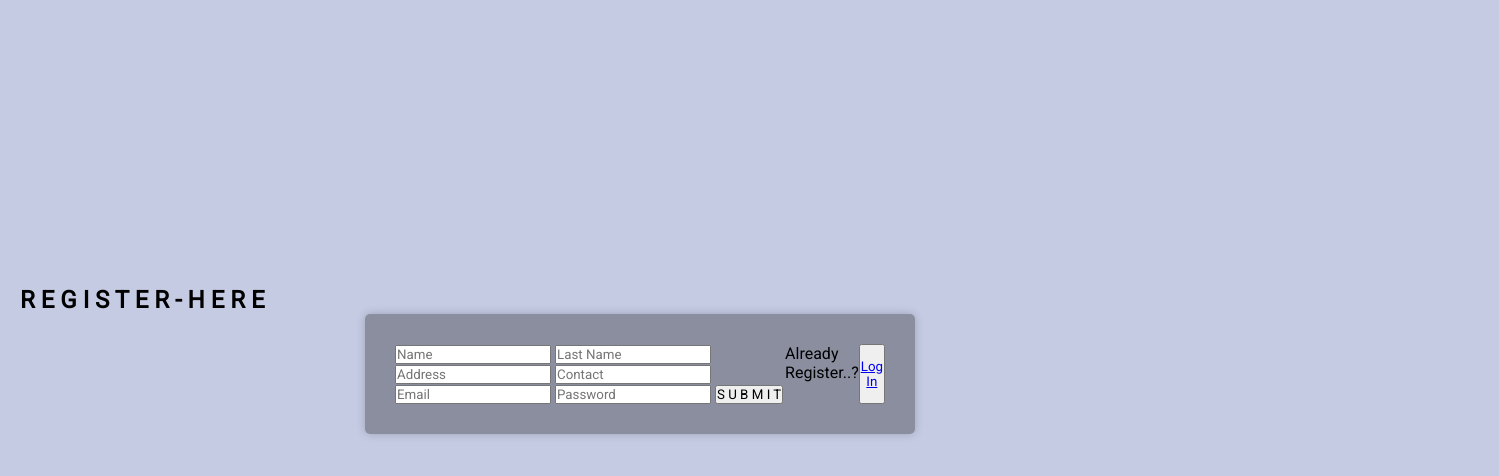
Repository: Krushna26nk/WebApplication
Page: http://localhost/Application/
An editor plug-in stored every save of this project. The page is shown before and after the next save, followed by the edit.
The browser window is 1280 px wide. The page is 1280 px wide, then 1499 px, so the pictures cover 1499 px, including what lies to the right of the window. The pictures show the whole page.
The page is served by Tomcat 9. Other server files are loaded and not shown.

Above is the page before, as saved 2019-05-31 13:20:07.

### web/Application/WebContent/RegisterData.jsp
<%@ page language="java" contentType="text/html; charset=UTF-8"
    pageEncoding="UTF-8"%>
<!DOCTYPE html PUBLIC "-//W3C//DTD HTML 4.01 Transitional//EN" "http://www.w3.org/TR/html4/loose.dtd">
<html>
<head>
<meta http-equiv="Content-Type" content="text/html; charset=UTF-8">
<link rel="stylesheet" type="text/css" href="Style.css">
<title>Insert title here</title>
</head>
<body bg="blur.jpg">
<div class="regDiv">
	<h2> R E G I S T E R - H E R E </h2>
<div class="formDiv">
	<form class="form" action="Registration" style="align:middle;">
				 <div class="inputFields">

					  	<input type="text" id="firstName" placeholder="Name" name="uname">

				 	  	<input type="text" id="lastName" placeholder="Last Name" name="lname">

				  	   	<input type="text" id="userAddress" placeholder="Address" name="address">

				  		<input type="number" id="contactNo" placeholder="Contact" name="contact">

				  		<input type="email" id="emailId" placeholder="Email" name="email">

				  		<input type="password" id="userPassword" placeholder="Password" name="pass">


		 	<input type="submit" value="S U B M I T">
		 </div>
	</form>
	<p> Already Register..?  </p>
		<button type="button"><a href="Login.jsp"> Log In </a></button>

</div>

</div>


<script type="text/javascript">
	var userFName = document.getElementById("firstName");
	var userLName = document.getElementById("lastName");
	var userAddr = document.getElementById("userAddress");
	var contct = document.getElementById("contactNo");
	var emailId = document.getElementById("emailId");
	var userPass = document.getElementById("userPassword");
</script>


</body>
</html>

### web/Application/WebContent/Style.css
@CHARSET "UTF-8";
@import url('https://fonts.googleapis.com/css?family=Roboto');
*{
	margin:0;
	padding:0;
	box-sizing: border-box;
	outline:none;
	font-family: 'Roboto', sans-serif;
}
body{
	background-color:#C5CBE3;
}

.regDiv{
	position:absolute;
	top:50%;
	transform:translateY(-50%);
	width:100%;
	padding:0px 20px;

}
.formDiv{
	max-width:550px;
	margin:0 auto;
	background:rgba(0,0,0,0.3);
	padding:30px;
	border-radius:5px;
	display:flex;
	box-shadow: 0 0 10px rgba(0,0,0,0.2);
}

After the next save:
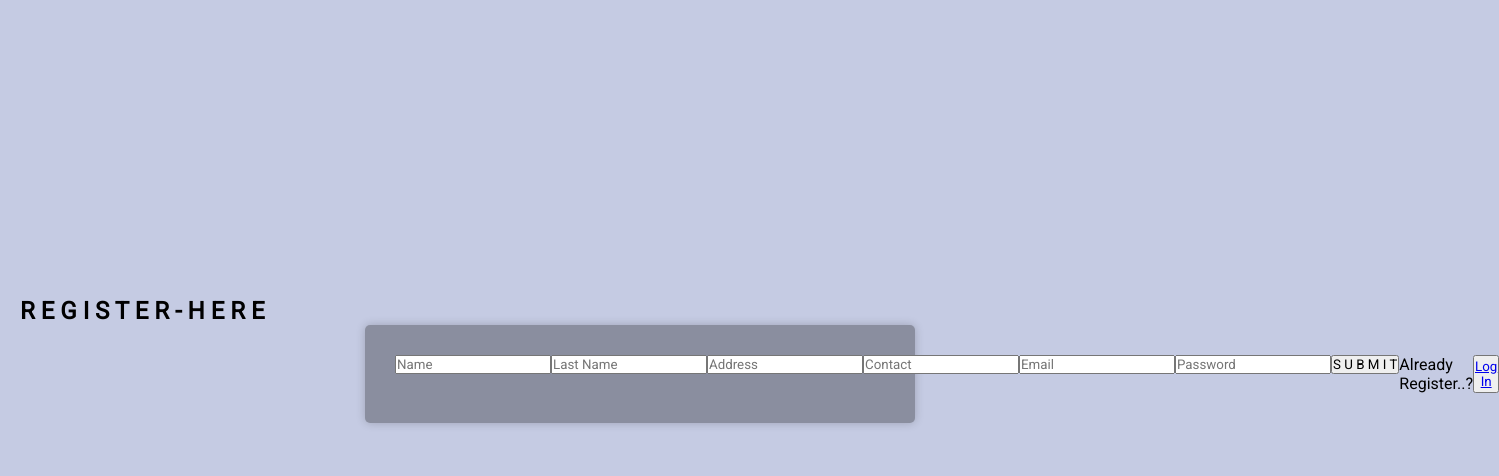
Saved 62 s later.
--- a/web/Application/WebContent/Style.css
+++ b/web/Application/WebContent/Style.css
@@ -28,3 +28,7 @@ body{
 	display:flex;
 	box-shadow: 0 0 10px rgba(0,0,0,0.2);
 }
+
+.inputFields{
+	display:flex;
+}
